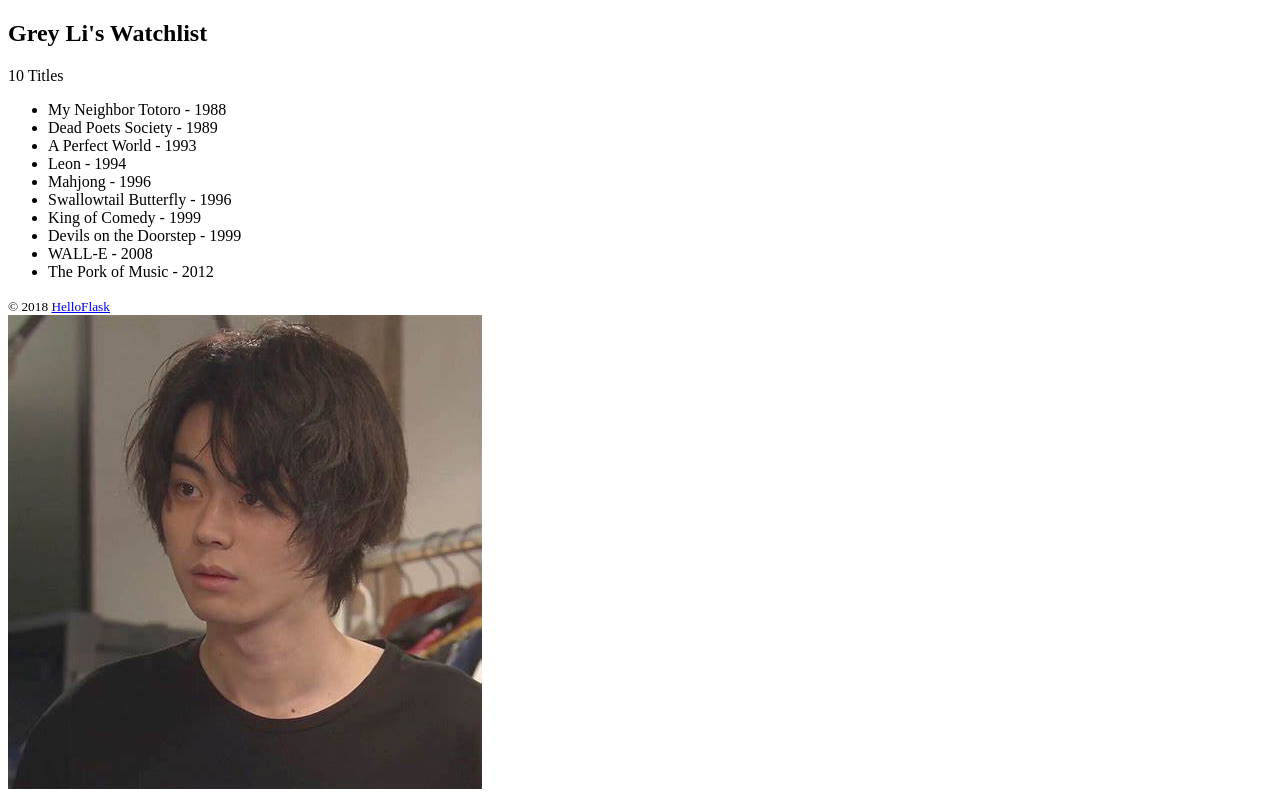
Repository: Yangtze-flowing/watchlist
Page: http://localhost/
An editor plug-in stored every save of this project. The page is shown before and after the next save, followed by the edit.
The browser window is 1280 px wide. The pictures show the whole page.
The page is served by the project's application, run on Flask 3 (app.py).

Above is the page before, as saved 2024-03-12 18:11:43.

### templates/index.html
<!DOCTYPE html>
<html lang="en">
<head>
    <link rel="icon" href="{{ url_for('static', filename='uni-logo-64px.png') }}">
    <meta charset="utf-8">
    <title>{{ name }}'s Watchlist</title>
</head>
<body>
    <h2>{{ name }}'s Watchlist</h2>
    {# 使用 length 过滤器获取 movies 变量的长度 #}
    <p>{{ movies|length }} Titles</p>
    <ul>
        {% for movie in movies %}  {# 迭代 movies 变量 #}
        <li>{{ movie.title }} - {{ movie.year }}</li>  {# 等同于 movie['title'] #}
        {% endfor %}  {# 使用 endfor 标签结束 for 语句 #}
    </ul>
    <footer>
        <small>&copy; 2018 <a href="http://helloflask.com/book/3">HelloFlask</a></small>
    </footer>
</body>
<img src="{{ url_for('static', filename='foo.jpg') }}">
</html>

### app.py
from flask import Flask

app = Flask(__name__)#和文件名称应当一致

name = 'Grey Li'
movies = [
    {'title': 'My Neighbor Totoro', 'year': '1988'},
    {'title': 'Dead Poets Society', 'year': '1989'},
    {'title': 'A Perfect World', 'year': '1993'},
    {'title': 'Leon', 'year': '1994'},
    {'title': 'Mahjong', 'year': '1996'},
    {'title': 'Swallowtail Butterfly', 'year': '1996'},
    {'title': 'King of Comedy', 'year': '1999'},
    {'title': 'Devils on the Doorstep', 'year': '1999'},
    {'title': 'WALL-E', 'year': '2008'},
    {'title': 'The Pork of Music', 'year': '2012'},
]

from flask import Flask, render_template

# ...

@app.route('/')
def index():
    return render_template('index.html', name=name, movies=movies)

After the next save:
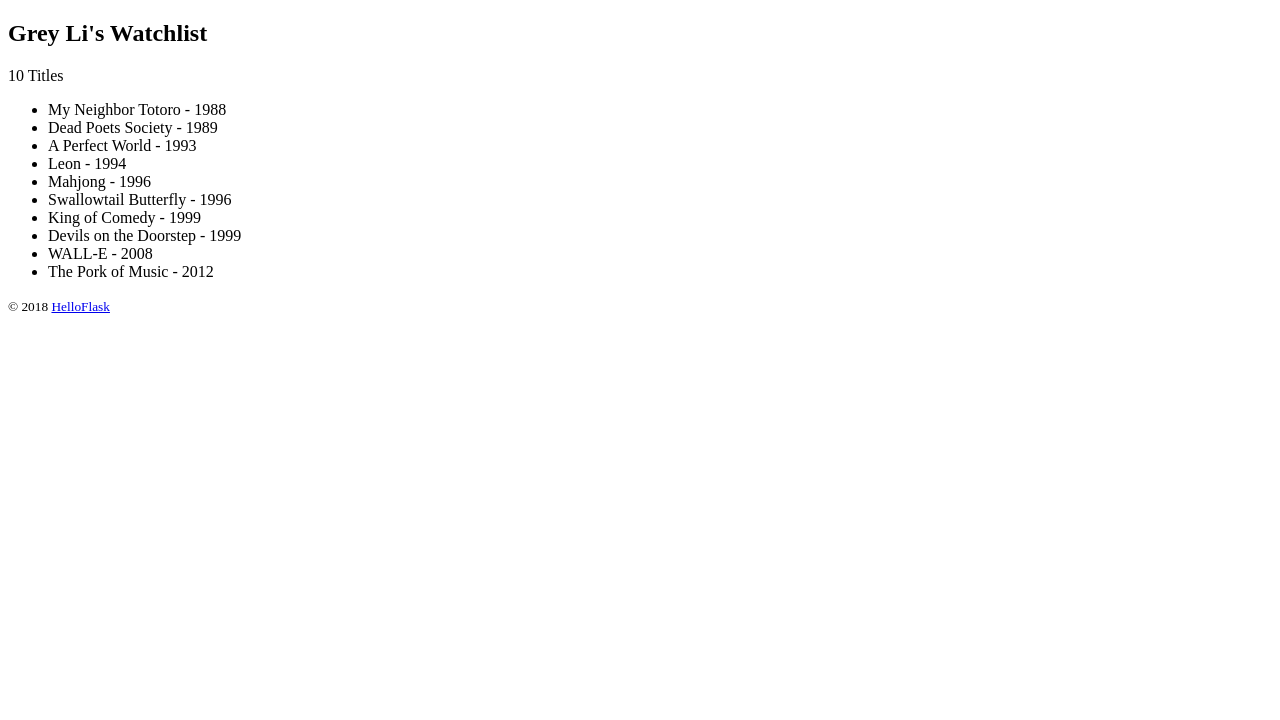
Saved 61 s later.
--- a/templates/index.html
+++ b/templates/index.html
@@ -18,5 +18,4 @@
         <small>&copy; 2018 <a href="http://helloflask.com/book/3">HelloFlask</a></small>
     </footer>
 </body>
-<img src="{{ url_for('static', filename='foo.jpg') }}">
 </html>
